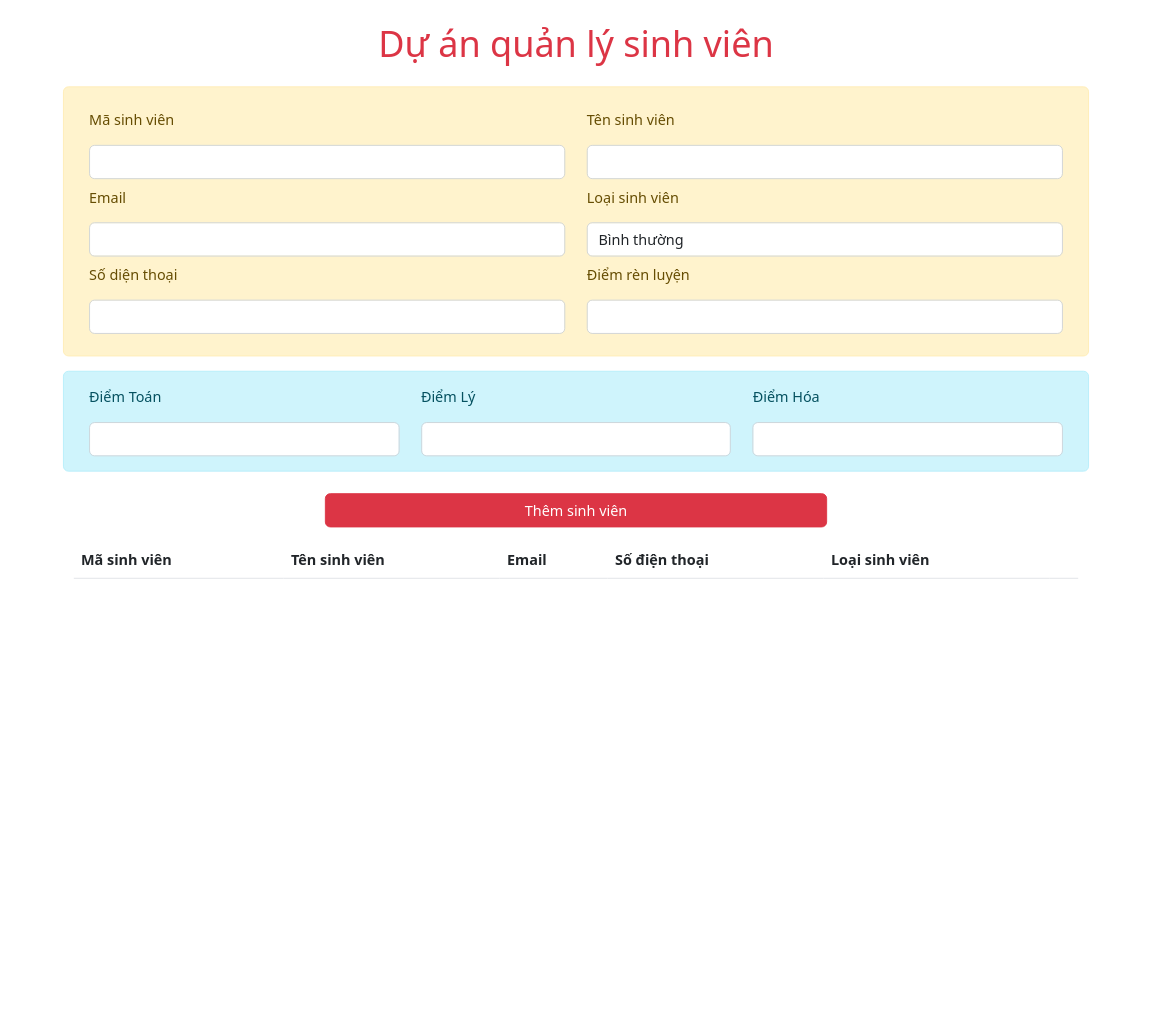
Repository: hcozyph/Cybersoft_JS_OOP
Page: index.html
An editor plug-in stored every save of this project. The page is shown before and after the next save, followed by the edit.
The browser window is 1280 px wide. The pictures show the whole page, at 90% of full size.

Above is the page before, as saved 2023-02-26 09:46:37.

### index.html
<!DOCTYPE html>
<html lang="en">
    <head>
        <title>Quản lý sinh viên</title>
        <!-- Required meta tags -->
        <meta charset="utf-8" />
        <meta
            name="viewport"
            content="width=device-width, initial-scale=1, shrink-to-fit=no"
        />

        <!-- Bootstrap CSS v5.2.1 -->
        <link
            href="https://cdn.jsdelivr.net/npm/bootstrap@5.2.1/dist/css/bootstrap.min.css"
            rel="stylesheet"
            integrity="sha384-iYQeCzEYFbKjA/T2uDLTpkwGzCiq6soy8tYaI1GyVh/UjpbCx/TYkiZhlZB6+fzT"
            crossorigin="anonymous"
        />

        <!-- index.css -->
        <link rel="stylesheet" href="./assets/styles/index.css" />
    </head>

    <body>
        <div class="container" style="margin-bottom: 500px">
            <div class="title">
                <h3 class="text-center fs-1 text-danger my-4">
                    Dự án quản lý sinh viên
                </h3>
            </div>

            <div class="content">
                <div class="row alert alert-warning">
                    <div class="col-md-6 col-lg-6">
                        <div class="form-group my-2">
                            <p>Mã sinh viên</p>
                            <input class="form-control" id="maSinhVien"></input>
                        </div>

                        <div class="form-group my-2">
                            <p>Email</p>
                            <input class="form-control" id="email"></input>
                        </div>

                        <div class="form-group my-2">
                            <p>Số diện thoại</p>
                            <input class="form-control" id="soDienThoai"></input>
                        </div>
                    </div>

                    <div class="col-md-6 col-lg-6">
                        <div class="form-group my-2">
                            <p>Tên sinh viên</p>
                            <input class="form-control" id="tenSinhVien"></input>
                        </div>

                        <div class="form-group my-2">
                            <p>Loại sinh viên</p>
                            <select class="form-control" id="loaiSinhVien">
                                <option value="">Bình thường</option>
                                <option value="">Khó khăn</option>
                            </select>
                        </div>

                        <div class="form-group my-2">
                            <p>Điểm rèn luyện</p>
                            <input type="number" class="form-control" id="diemRenLuyen">
                        </div>
                    </div>
                </div>

                <div class="alert alert-info row mt-2">
                    <div class="col-md-4">
                        <p>Điểm Toán</p>
                        <input type="number" id="diemToan" class="form-control" >
                    </div>
                    <div class="col-md-4">
                        <p>Điểm Lý</p>
                        <input type="number" id="diemLy" class="form-control" >
                    </div>
                    <div class="col-md-4">
                        <p>Điểm Hóa</p>
                        <input type="number" id="diemHoa" class="form-control" >
                    </div>
                </div>

                <div class="my-2 text-center">
                    <button class="btn btn-danger my-2 w-50 w-lg-25" id="btnThemSinhVien">Thêm sinh viên</button>
                </div>

                <table class="table mt-2">
                    <thead>
                        <tr style="    vertical-align: baseline">
                            <th>Mã sinh viên</th>
                            <th>Tên sinh viên</th>
                            <th>Email</th>
                            <th>Số điện thoại</th>
                            <th>Loại sinh viên</th>
                            <th></th>
                        </tr>
                    </thead>

                    <tbody id="tblSinhVien"></tbody>
                </table>

            </div>
        </div>

        <!-- Bootstrap JavaScript Libraries -->
        <script
            src="https://cdn.jsdelivr.net/npm/@popperjs/core@2.11.6/dist/umd/popper.min.js"
            integrity="sha384-oBqDVmMz9ATKxIep9tiCxS/Z9fNfEXiDAYTujMAeBAsjFuCZSmKbSSUnQlmh/jp3"
            crossorigin="anonymous"
        ></script>

        <script
            src="https://cdn.jsdelivr.net/npm/bootstrap@5.2.1/dist/js/bootstrap.min.js"
            integrity="sha384-7VPbUDkoPSGFnVtYi0QogXtr74QeVeeIs99Qfg5YCF+TidwNdjvaKZX19NZ/e6oz"
            crossorigin="anonymous"
        ></script>

        <!-- models -->
        <script src="./models/SinhVien.js"></script>

        <!-- controller js -->
        <script src="./controllers/js/index.js"></script>
    </body>
</html>

### models/SinhVien.js
///--Đặt tên file -- Chữ cái đầu tiên VIẾT HOA

//---Định nghĩa prototype SinhVien

function SinhVien() {
    this.maSinhVien = '';
    this.email = '';
    this.soDienThoai = '';
    this.tenSinhVien = '';
    this.loaiSinhVien = '';
    this.diemRenLuyen = '';

    this.diemToan = '';
    this.diemLy = '';
    this.diemHoa = '';

}

### controllers/js/index.js
////----MÔ HÌNH MVC
/*
    M [model]       -- nơi chứa các file js là prototype (class)
    V [view]        -- nơi chứa các file giao diện (.html)
    C [controller]  -- các file điều hướng giao diện (index.html => index.js, qlsp.html => qlsp.js)

    ---------------------------------------------------

    util    -- chứa các file dùng chung cho dự án (ví dụ: các method sử dụng ở các dự án trước, hoặc libs [thư viện js] )
    assets  -- là folder chứa tài nguyên của hệ thống (img, audio, viddeo, css, font,...)

*/

function getEle(n) {
    return document.getElementById(n);
}

getEle('btnThemSinhVien').onclick = function () {
    //input: sinhVien: SinhVien
    var sv = new SinhVien();
    console.log(sv)







}

Loaded but not shown: assets/styles/index.css (no stored copy; drawn as an empty file)

After the next save:
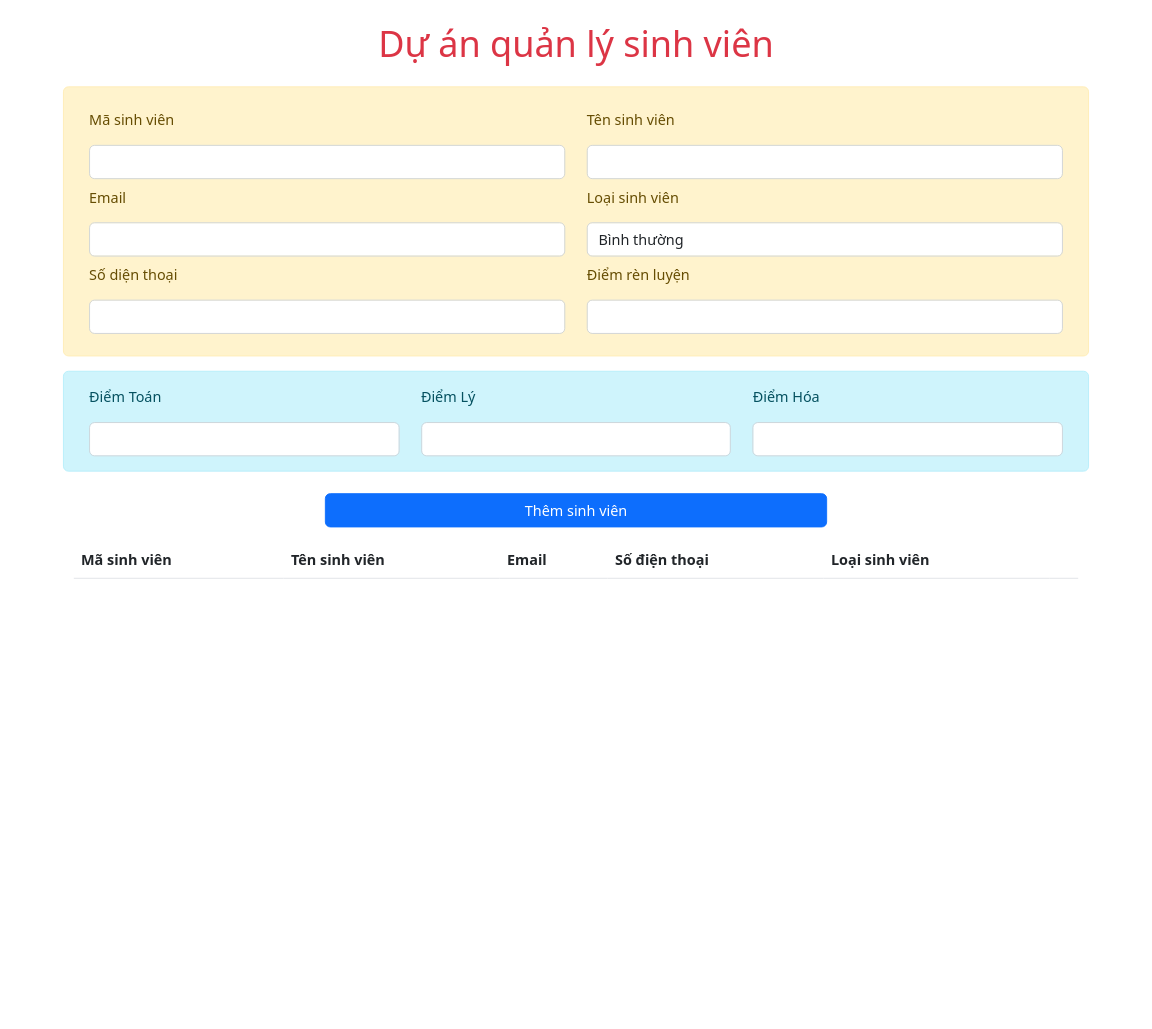
Saved 10 s later.
--- a/index.html
+++ b/index.html
@@ -85,7 +85,7 @@
                 </div>
 
                 <div class="my-2 text-center">
-                    <button class="btn btn-danger my-2 w-50 w-lg-25" id="btnThemSinhVien">Thêm sinh viên</button>
+                    <button class="btn btn-primary my-2 w-50 w-lg-25" id="btnThemSinhVien">Thêm sinh viên</button>
                 </div>
 
                 <table class="table mt-2">
